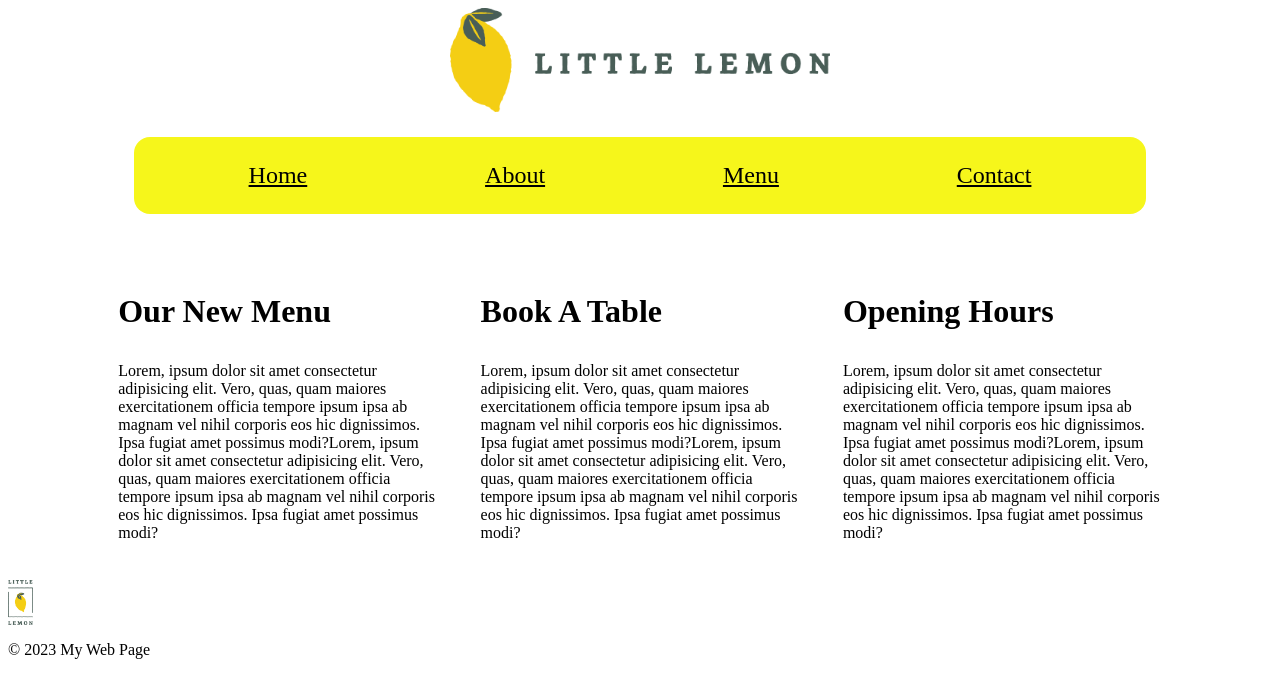
Repository: Yeshwanth-189/meta-html-css
Page: index.html
An editor plug-in stored every save of this project. The page is shown before and after the next save, followed by the edit.
The browser window is 1280 px wide. The pictures show the whole page.

Above is the page before, as saved 2025-04-21 15:48:51.

### index.html
<!DOCTYPE html>
<html lang="en">
    <head>
        <meta charset="UTF-8">
        <meta name="viewport" content="width=device-width, initial-scale=1.0">
        <title>Little Lemon</title>
        <link rel="stylesheet" href="styles.css">
        <meta name="description" content="A simple web page for Little Lemon restaurant.">
        <meta name="author" content="Little Lemon Restaurant">
    </head>
    <body>
        <header>
            <img src="/Logos/Asset 16@4x.png" alt="Little Lemon Logo" id="logo">
            <nav id="navbar">
                <ul>
                    <li><a href="home">Home</a></li>
                    <li><a href="about">About</a></li>
                    <li><a href="menu">Menu</a></li>
                    <li><a href="contact">Contact</a></li>
                </ul>
        </header>
        <main>
            <section>
                <article>
                    <h1>Our New Menu</h1>
                    <p>Lorem, ipsum dolor sit amet consectetur adipisicing elit. Vero, quas, quam maiores exercitationem officia tempore ipsum ipsa ab magnam vel nihil corporis eos hic dignissimos. Ipsa fugiat amet possimus modi?Lorem, ipsum dolor sit amet consectetur adipisicing elit. Vero, quas, quam maiores exercitationem officia tempore ipsum ipsa ab magnam vel nihil corporis eos hic dignissimos. Ipsa fugiat amet possimus modi?</p>
                </article>
                <article>
                    <h1>Book A Table</h1>
                    <p>Lorem, ipsum dolor sit amet consectetur adipisicing elit. Vero, quas, quam maiores exercitationem officia tempore ipsum ipsa ab magnam vel nihil corporis eos hic dignissimos. Ipsa fugiat amet possimus modi?Lorem, ipsum dolor sit amet consectetur adipisicing elit. Vero, quas, quam maiores exercitationem officia tempore ipsum ipsa ab magnam vel nihil corporis eos hic dignissimos. Ipsa fugiat amet possimus modi?</p>
                </article>
                <article>
                    <h1>Opening Hours</h1>
                    <p>Lorem, ipsum dolor sit amet consectetur adipisicing elit. Vero, quas, quam maiores exercitationem officia tempore ipsum ipsa ab magnam vel nihil corporis eos hic dignissimos. Ipsa fugiat amet possimus modi?Lorem, ipsum dolor sit amet consectetur adipisicing elit. Vero, quas, quam maiores exercitationem officia tempore ipsum ipsa ab magnam vel nihil corporis eos hic dignissimos. Ipsa fugiat amet possimus modi?</p>
                </article>
            </section>
        </main>
        <footer>
            <div>
                <img src="/Logos/Asset 20@4x.png" alt="Little Lemon Logo">
            </div>
            <div>
                <p>&copy; 2023 My Web Page</p>
            </div>
        </footer>
</html>

### styles.css
.body {
  background-color: #edefee;
  font-family: "Markazi Text", serif;
  margin-top: 3rem;
  margin-bottom: 3rem;
  margin-left: 5%;
  margin-right: 5%;
}
h1 {
  font-size: 3rem;
}
h1 {
  font-size: 2rem;
}
header > img {
  display: block;
  margin-left: auto;
  margin-right: auto;
  width: 30%;
  height: auto;
}
nav ul {
  margin: 2% 10% 2% 10%;
  list-style-type: none;
  text-align: center;
  padding: 2%;
  background-color: rgb(246, 246, 27);
  display: flex;
  font-size: 1.5rem;
  border-radius: 1rem;
  justify-content: space-around;
}
nav li {
  display: inline-block;
}
section {
  display: flex;
  margin: 0% 7% 0% 7%;
}
article {
  flex: 1;
  padding-left: 2%;
  padding-right: 2%;
  padding-top: 2%;
  padding-bottom: 2%;
}
footer div {
  display: flex;
}
footer {
  flex: 1;
}
footer > div > img {
  display: block;
  width: 2%;
  height: auto;
}

a {
  color: black;
}

After the next save:
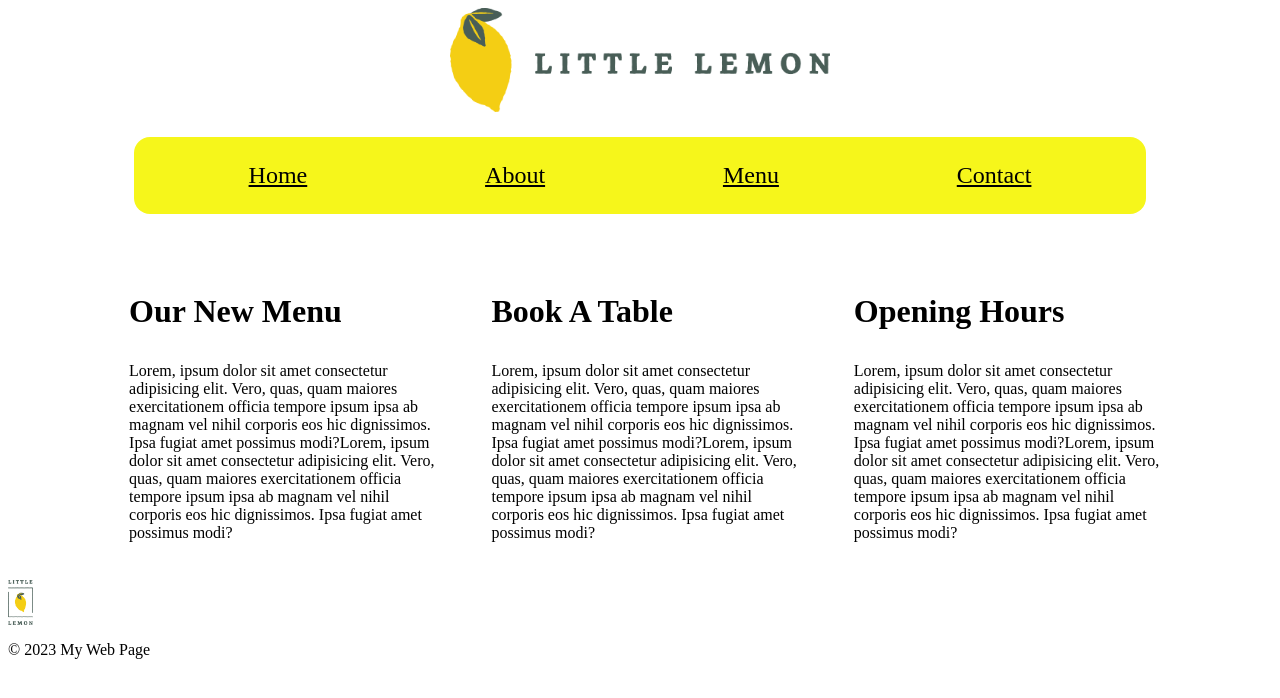
Saved 11 s later.
--- a/styles.css
+++ b/styles.css
@@ -39,7 +39,7 @@
 }
 article {
   flex: 1;
-  padding-left: 2%;
+  padding-left: 3%;
   padding-right: 2%;
   padding-top: 2%;
   padding-bottom: 2%;
